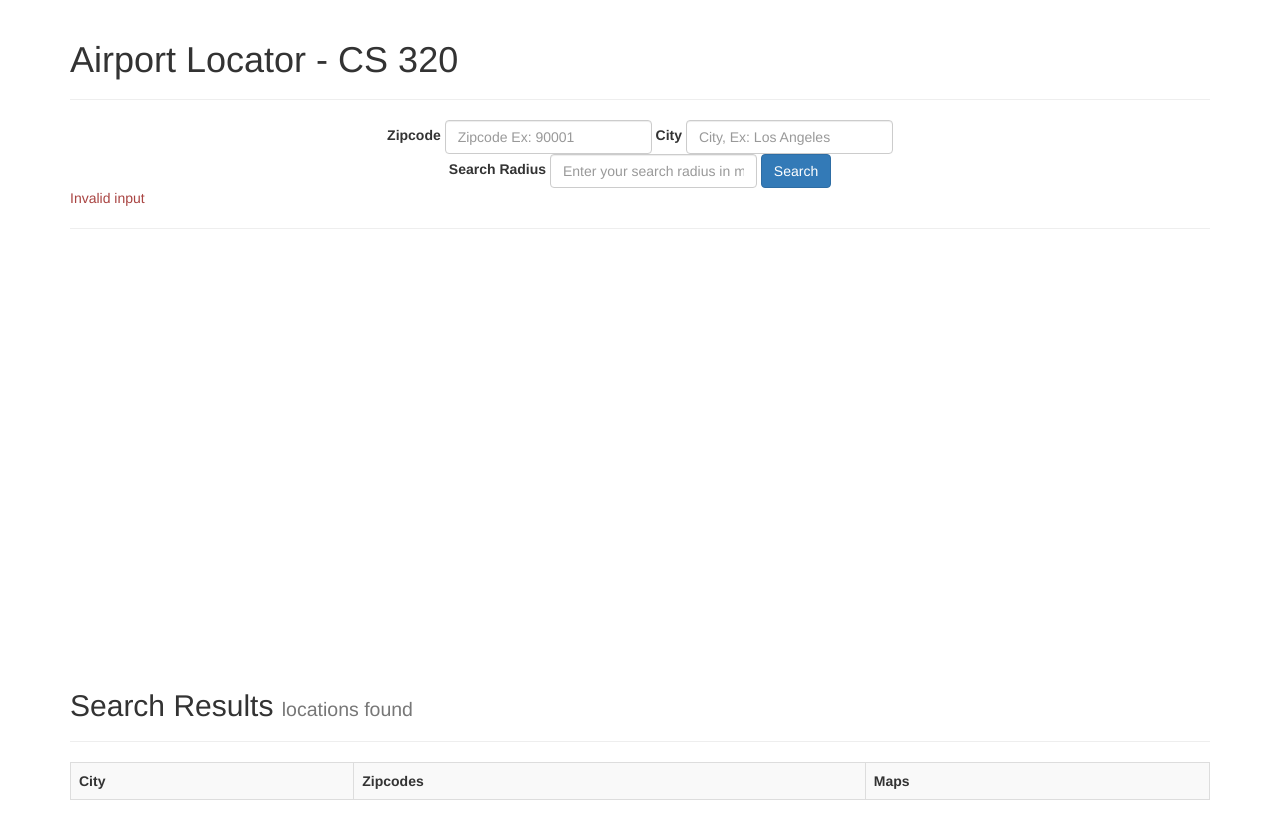
Repository: JamesPatel37/Java-Development-II-III
Page: http://localhost/CS320/ALView.jsp
The author's editor kept a copy of each file at every save. The page is drawn from the files as they stood at one save, then again after the next save.
The browser window is 1280 px wide. The pictures show the whole page.
The page is served by Tomcat 9. Other server files are loaded and not shown. The template is opened directly, without the code that normally fills it, so the values that code supplies are empty.

Above is the page before, as saved 2015-06-14 20:13:39.

### Workspace/CS320/WebContent/ALView.jsp
<%@ page language="java" contentType="text/html; charset=UTF-8"
	pageEncoding="UTF-8"%>
<%@ taglib prefix="c" uri="http://java.sun.com/jsp/jstl/core"%>
<!DOCTYPE html PUBLIC "-//W3C//DTD HTML 4.01 Transitional//EN" "http://www.w3.org/TR/html4/loose.dtd">
<html>
<head>
<meta charset="utf-8">
<title>Homework 3</title>
<meta name="description" content="">
<meta name="viewport" content="width=device-width">
<link rel="stylesheet"
	href="https://maxcdn.bootstrapcdn.com/bootstrap/3.3.2/css/bootstrap.min.css">
<style type="text/css">
#googleMap {
	height: 380px;
	margin-top: 20px;
	margin-bottom: 20px;
}

;
.footer {
	padding-top: 20px;
}
</style>
</head>
<body>
	<div class="container">
		<div class="page-header">
			<h1>
				Airport Locator - CS 320
			</h1>
		</div>

		<form action="AirportLocator" method="get"
			class="form-inline text-center">
			<div class="form-group">
				<label for="zip">Zipcode</label> <input type="text"
					class="form-control" name="zipcode" id="zipcode"
					placeholder="Zipcode Ex: 90001">
			</div>
			<div class="form-group">
				<label for="city">City</label> <input type="text"
					class="form-control" name="city" id="city"
					placeholder="City, Ex: Los Angeles">
			</div>
			<br>
			<div class="form-group">
				<label for="radius">Search Radius</label> <input type="text"
					class="form-control" name="radius"
					placeholder="Enter your search radius in miles">
			</div>
			<button type="submit" class="btn btn-primary">Search</button>
		</form>

		<c:if test="${!isValidInput}">
			<p class="text-danger">Invalid input</p>
		</c:if>
		<hr />

		<p class="lead text-center" id="announcement"></p>

		<div id="googleMap"></div>

		<div class="row">
			<div class="col-xs-12">

				<div class="page-header">
					<h2>
						Search Results <small>${size} locations found</small>
					</h2>
				</div>

				<table class="table table-striped table-bordered">
					<tr>
						<th>City</th>
						<th>Zipcodes</th>
						<th>Maps</th>
					</tr>

					<c:forEach items="${airports}" var="entry">
						<tr>
							<td>${entry.city}</td>
							<td><strong>${entry.zipcode}</strong><br />
							<td class="text-center"><img
								src="https://maps.googleapis.com/maps/api/staticmap?center=${airports.latitude},${airports.longitude}&zoom=13&size=300x200&markers=color:red%7C${airports.latitude},${airports.longitude}" />
							</td>
						</tr>
					</c:forEach>

				</table>
			</div>
		</div>


</body>
</html>

After the next save:
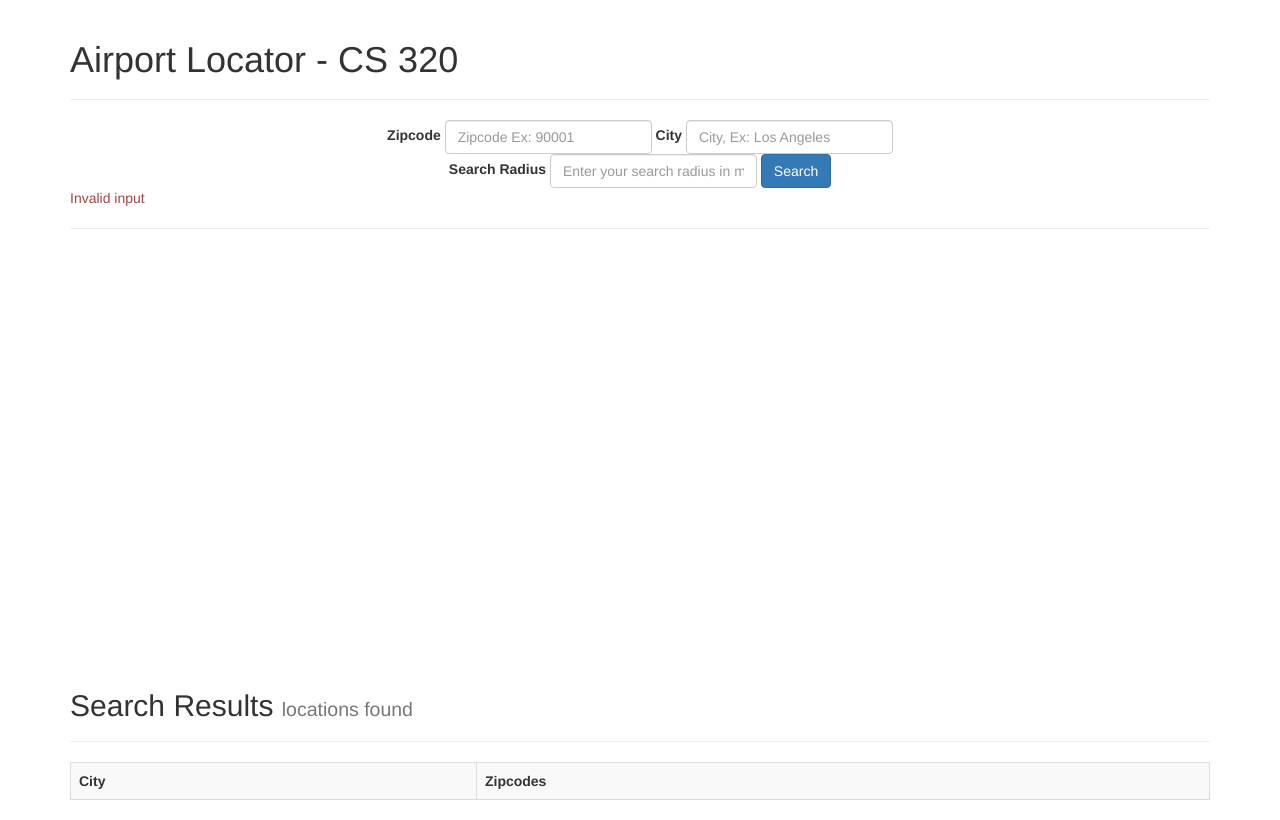
Saved 10 min 16 s later.
--- a/Workspace/CS320/WebContent/ALView.jsp
+++ b/Workspace/CS320/WebContent/ALView.jsp
@@ -74,16 +74,16 @@
 					<tr>
 						<th>City</th>
 						<th>Zipcodes</th>
-						<th>Maps</th>
+						<!-- th>Maps</th-->
 					</tr>
 
 					<c:forEach items="${airports}" var="entry">
 						<tr>
 							<td>${entry.city}</td>
 							<td><strong>${entry.zipcode}</strong><br />
-							<td class="text-center"><img
+							<!--td class="text-center"><img
 								src="https://maps.googleapis.com/maps/api/staticmap?center=${airports.latitude},${airports.longitude}&zoom=13&size=300x200&markers=color:red%7C${airports.latitude},${airports.longitude}" />
-							</td>
+							</td-->
 						</tr>
 					</c:forEach>
 
